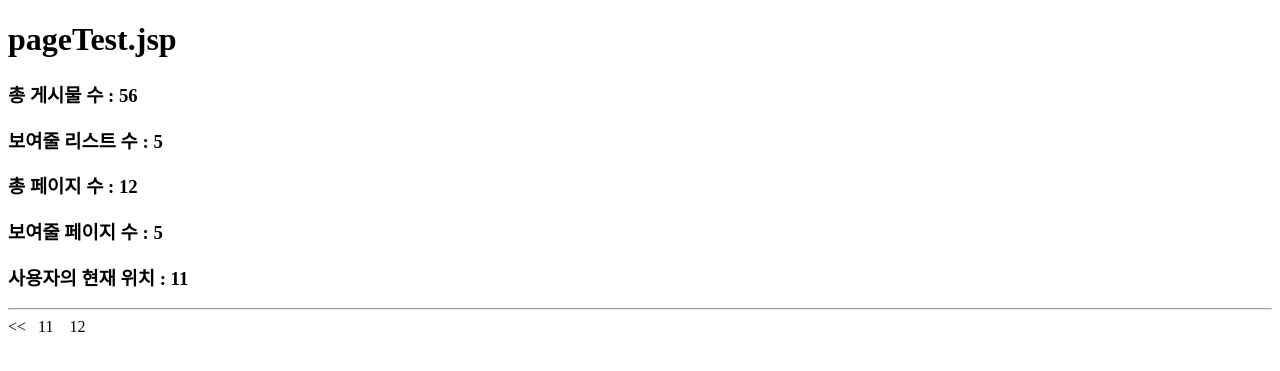
Repository: Rege-97/test
Page: http://localhost/myweb/pageTest.jsp
These files come from the project's save history. The page is drawn as it stood at one moment and after the next save; the edit follows.
The browser window is 1280 px wide. The pictures show the whole page.
The page is served by Tomcat 9. Other server files are loaded and not shown.

Above is the page before, as saved 2025-03-24 05:11:40.

### myweb/src/main/webapp/pageTest.jsp
<%@ page language="java" contentType="text/html; charset=UTF-8" pageEncoding="UTF-8"%>
<!DOCTYPE html>
<html>
<head>
<meta charset="UTF-8">
<title>Insert title here</title>
</head>
<%
// 총 게시물 수
int totalCnt = 56; // db로부터 조회

//보여줄 리스트 수
int listSize = 5;

//보여줄 페이지 수
int pageSize = 5;

//사용자의 현재 위치
int cp = 11;

// 총 페이지 수
int totalPage = (totalCnt / listSize) + 1;
if (totalCnt % listSize == 0)
	totalPage--;

int userGroup = cp / pageSize;
if (cp % pageSize == 0)
	userGroup--;
%>
<body>
	<h1>pageTest.jsp</h1>
	<h3>총 게시물 수 : <%=totalCnt%></h3>
	<h3>보여줄 리스트 수 : <%=listSize%></h3>
	<h3>총 페이지 수 : <%=totalPage%></h3>
	<h3>보여줄 페이지 수 : <%=pageSize%></h3>
	<h3>사용자의 현재 위치 : <%=cp%></h3>
	<hr>
	<%
	if (userGroup != 0) {
	%>
	&lt;&lt;
	<%
	}
	%>
	<%
	for (int i = (userGroup * pageSize + 1); i <= (userGroup * pageSize + pageSize); i++) {
	%>&nbsp;&nbsp;<%=i%>&nbsp;&nbsp;<%
	if (i == totalPage) {
		break;
	}
	}
	%>
	<%
	if (((totalPage / pageSize) - (totalPage % pageSize == 0 ? 1 : 0)) != userGroup) {
		%>
		&gt;&gt;
		<%
	}
	%>
</body>
</html>

After the next save:
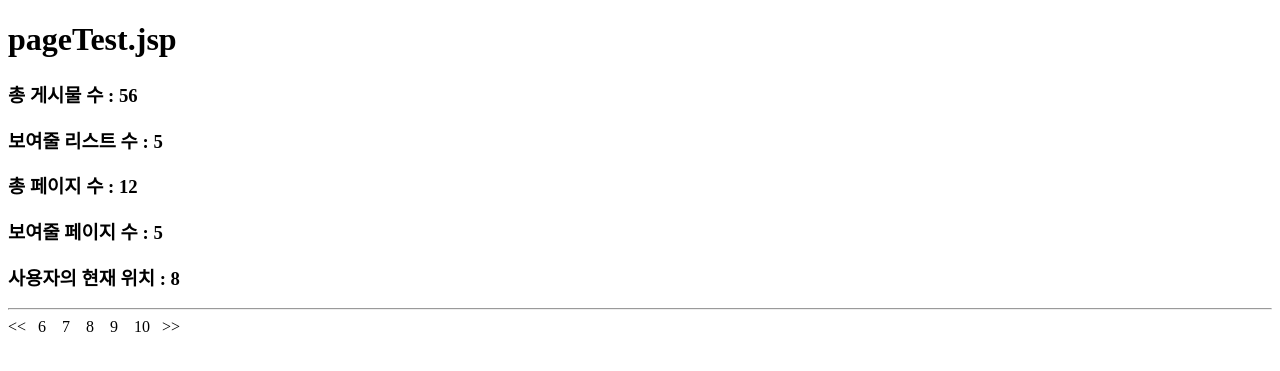
Saved 8 s later.
--- a/myweb/src/main/webapp/pageTest.jsp
+++ b/myweb/src/main/webapp/pageTest.jsp
@@ -16,7 +16,7 @@
 int pageSize = 5;
 
 //사용자의 현재 위치
-int cp = 11;
+int cp = 8;
 
 // 총 페이지 수
 int totalPage = (totalCnt / listSize) + 1;
